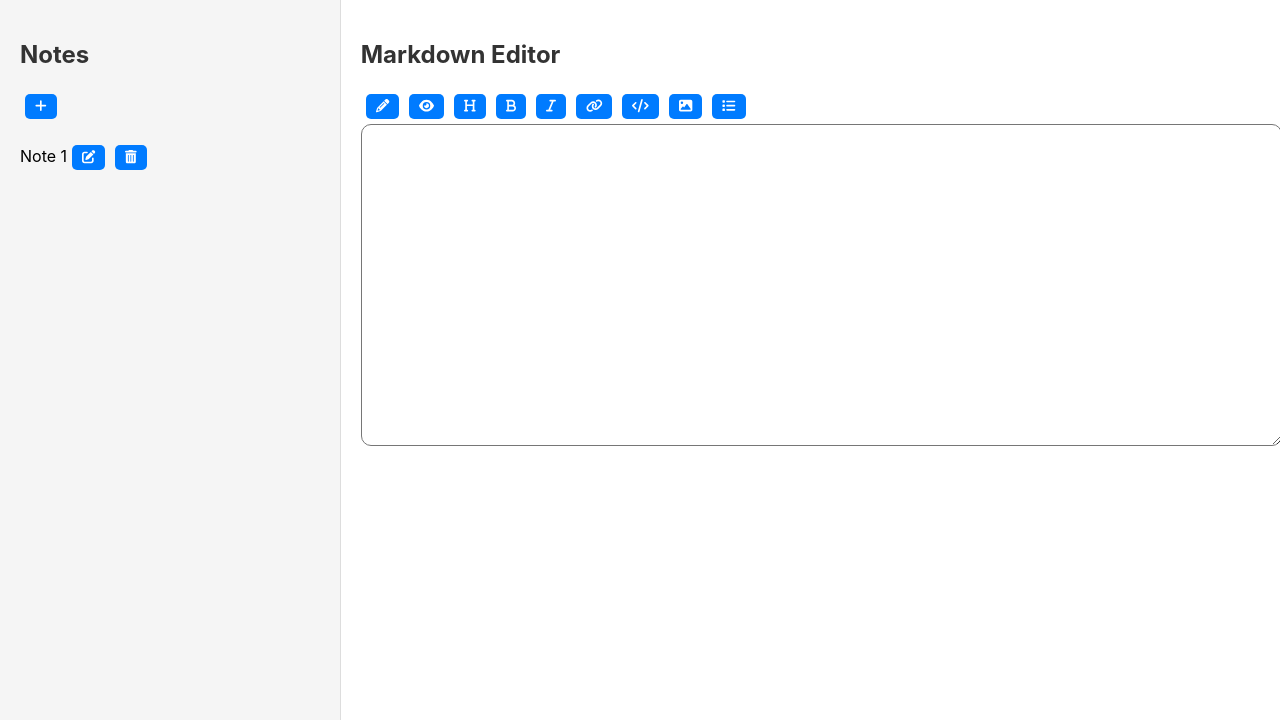
Repository: sriram1224/markdown_editor
Page: /
The author's editor kept a copy of each file at every save. The page is drawn from the files as they stood at one save, then again after the next save.
The browser window is 1280 px wide. The pictures show the whole page.
The project was rebuilt for these pictures with package versions that can differ from the ones it lists, and the page was loaded fresh each time.

Above is the page before, as saved 2024-04-22 23:22:41.

### src/App.js
import "./App.css";
import MarkdownEditor from './Components/Markdown';
function App() {
  return (
    <div>
     <MarkdownEditor />
    </div>
  );
}

export default App;

### src/App.css
.container {
  display: flex;
  height: 100vh;
}

.notes-container {
  width: 25%;
  background-color: #f5f5f5;
  padding: 20px;
  border-right: 1px solid #ddd;
  overflow-y: auto;
}

.one{
  background-color:red;

}
.notes-container h2 {
  color: #333;
}

.notes-container ul {
  list-style-type: none;
  padding: 0;
}

.notes-container ul li {
  margin: 10px 0;
}

.markdown-container {
  width: 75%;
  background-color: #fff;
  padding: 20px;
  overflow-y: auto;
}

.markdown-container h2 {
  color: #333;
}

.markdown-container textarea {
  width: 100%;
  height: 300px;
  border-radius: 10px;
  padding: 10px;
  font-size: 16px;
}

.button {
  margin: 5px;
  padding: 5px 10px;
  border: none;
  border-radius: 5px;
  background-color: #007bff;
  color: white;
  cursor: pointer;
}

.button:hover {
  background-color: #0056b3;
}

### src/Components/Markdown.js
import React, { useState, useRef } from 'react';
import ReactMarkdown from 'react-markdown';
import { FontAwesomeIcon } from '@fortawesome/react-fontawesome';
import { faHeading, faBold, faItalic, faLink, faCode, faImage, faList, faEdit, faTrashAlt, faEye, faPencilAlt } from '@fortawesome/free-solid-svg-icons';
import { faPlus } from '@fortawesome/free-solid-svg-icons';


const MarkdownEditor = () => {
  const [notes, setNotes] = useState([{ id: 1, content: '' }]);
  const [currentNoteId, setCurrentNoteId] = useState(1);
  const [markdownContent, setMarkdownContent] = useState('');
  const [showEditor, setShowEditor] = useState(true);

  const textareaRef = useRef();

  const handleNoteAdd = () => {
    const newNoteId = (notes[notes.length - 1]?.id || 0) + 1;
    setNotes([...notes, { id: newNoteId, content: '' }]);
    setCurrentNoteId(newNoteId);
    setMarkdownContent('');
    setShowEditor(true);
  };

  const handleNoteChange = (id, content) => {
    const updatedNotes = notes.map((note) =>
      note.id === id ? { ...note, content } : note
    );
    setNotes(updatedNotes);
  };

  const handleEditorChange = (content) => {
    setMarkdownContent(content);
    handleNoteChange(currentNoteId, content);
  };

  const handleNoteClick = (id) => {
    const note = notes.find(note => note.id === id);
    if (note) {
      setCurrentNoteId(id);
      setMarkdownContent(note.content);
      setShowEditor(true);
    }
  };

  const handleMarkdownFeatureClick = (feature) => {
    const markdownSnippet = {
      heading: '# heading\n',
      bold: '**bold text**\n',
      italic: '*italic text*\n',
      link: '[link text](http://example.com)\n',
      code: '`code`\n',
      image: '![alt text](image.jpg)\n',
      list: '- list item\n',
    }[feature];

    const cursorPosition = textareaRef.current.selectionStart;
    const newMarkdownContent = [
      markdownContent.slice(0, cursorPosition),
      markdownSnippet,
      markdownContent.slice(cursorPosition),
    ].join('');

    setMarkdownContent(newMarkdownContent);
    handleNoteChange(currentNoteId, newMarkdownContent);
  };

  const handleNoteDelete = (id) => {
    setNotes(notes.filter(note => note.id !== id));
    if (id === currentNoteId) {
      setCurrentNoteId(null);
      setMarkdownContent('');
      setShowEditor(false);
    }
  };

  return (
    <div className="container">
      <div className="notes-container">
              <div>
              <h2>Notes</h2>
       <button className="button" onClick={handleNoteAdd}>
  <FontAwesomeIcon icon={faPlus} />
</button>

              </div><ul>
          {notes.map((note) => (
            <li key={note.id}>
              Note {note.id}
              <button className="button" onClick={() => handleNoteClick(note.id)}><FontAwesomeIcon icon={faEdit} /></button>
              <button className="button" onClick={() => handleNoteDelete(note.id)}><FontAwesomeIcon icon={faTrashAlt} /></button>
            </li>
          ))}
        </ul>
      </div>
      <div className="markdown-container">
        <h2>Markdown Editor</h2>
              <div>
                  <button className="button one" onClick={() => setShowEditor(true)}><FontAwesomeIcon icon={faPencilAlt} /></button>
          <button className="button one" onClick={() => setShowEditor(false)}><FontAwesomeIcon icon={faEye} /></button>
          <button className="button" onClick={() => handleMarkdownFeatureClick('heading')}><FontAwesomeIcon icon={faHeading} /></button>
          <button className="button" onClick={() => handleMarkdownFeatureClick('bold')}><FontAwesomeIcon icon={faBold} /></button>
          <button className="button" onClick={() => handleMarkdownFeatureClick('italic')}><FontAwesomeIcon icon={faItalic} /></button>
          <button className="button" onClick={() => handleMarkdownFeatureClick('link')}><FontAwesomeIcon icon={faLink} /></button>
          <button className="button" onClick={() => handleMarkdownFeatureClick('code')}><FontAwesomeIcon icon={faCode} /></button>
          <button className="button" onClick={() => handleMarkdownFeatureClick('image')}><FontAwesomeIcon icon={faImage} /></button>
          <button className="button" onClick={() => handleMarkdownFeatureClick('list')}><FontAwesomeIcon icon={faList} /></button>


        </div>
        {showEditor ? (
          <textarea
            ref={textareaRef}
            value={markdownContent}
            onChange={(e) => handleEditorChange(e.target.value)}
            className="textarea"
          />
        ) : (
          <ReactMarkdown className="markdown-content">{markdownContent}</ReactMarkdown>
        )}
      </div>
    </div>
  );
};

export default MarkdownEditor;

Loaded but not shown: public/index.html (common file); src/index.js (common file); src/index.css (common file); src/reportWebVitals.js (common file)

After the next save:
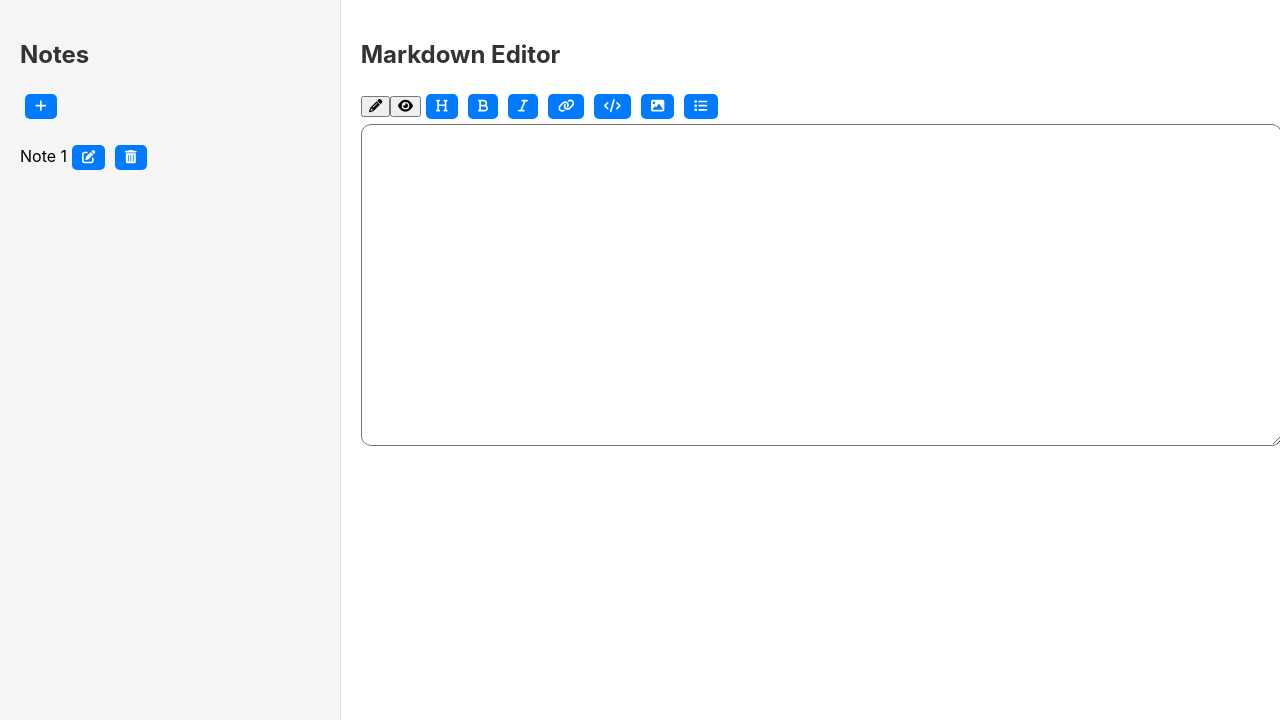
Saved 23 s later.
--- a/src/Components/Markdown.js
+++ b/src/Components/Markdown.js
@@ -95,8 +95,8 @@ const MarkdownEditor = () => {
       <div className="markdown-container">
         <h2>Markdown Editor</h2>
               <div>
-                  <button className="button one" onClick={() => setShowEditor(true)}><FontAwesomeIcon icon={faPencilAlt} /></button>
-          <button className="button one" onClick={() => setShowEditor(false)}><FontAwesomeIcon icon={faEye} /></button>
+                  <button className="button-one" onClick={() => setShowEditor(true)}><FontAwesomeIcon icon={faPencilAlt} /></button>
+          <button className="button-one" onClick={() => setShowEditor(false)}><FontAwesomeIcon icon={faEye} /></button>
           <button className="button" onClick={() => handleMarkdownFeatureClick('heading')}><FontAwesomeIcon icon={faHeading} /></button>
           <button className="button" onClick={() => handleMarkdownFeatureClick('bold')}><FontAwesomeIcon icon={faBold} /></button>
           <button className="button" onClick={() => handleMarkdownFeatureClick('italic')}><FontAwesomeIcon icon={faItalic} /></button>
